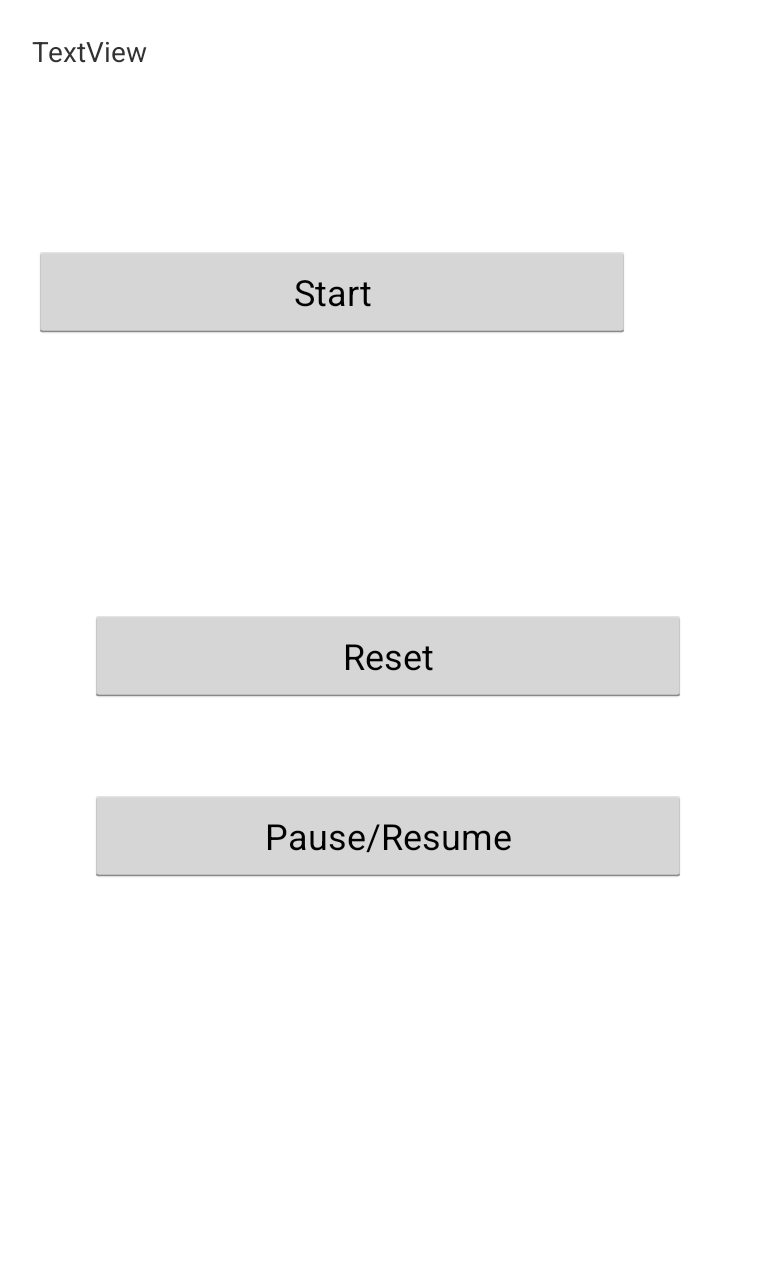
Repository: rjauquet/Android-ECE454
Layout: StopWatch/res/layout/activity_main.xml
An editor plug-in stored every save of this project. The layout is shown before and after the next save, followed by the edit.
It is drawn on a 768 x 1280 px phone screen (xhdpi) without system bars, with theme AppTheme; the app's code is not run.

Above is the layout before, as saved 2013-09-06 03:42:12.

After the next save:
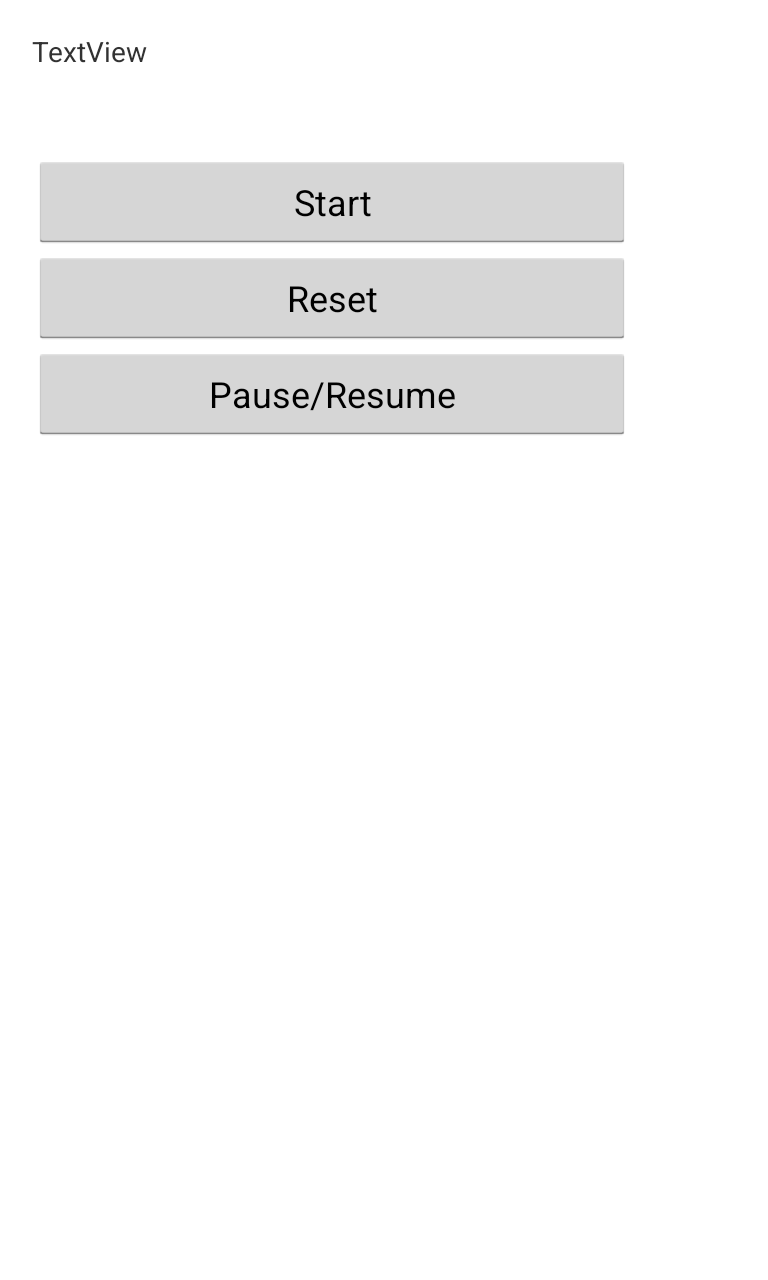
Saved 28 s later.
--- a/StopWatch/res/layout/activity_main.xml
+++ b/StopWatch/res/layout/activity_main.xml
@@ -16,30 +16,28 @@
         android:text="TextView" />
 
     <Button
+        android:id="@+id/start"
+        android:layout_width="300dp"
+        android:layout_height="wrap_content"
+        android:layout_alignLeft="@+id/timeView"
+        android:layout_below="@+id/timeView"
+        android:layout_marginTop="42dp"
+        android:text="Start" />
+
+    <Button
+        android:id="@+id/stop"
+        android:layout_width="300dp"
+        android:layout_height="wrap_content"
+        android:layout_alignLeft="@+id/timeView"
+        android:layout_below="@+id/start"
+        android:text="Reset" />
+
+    <Button
         android:id="@+id/pause"
         android:layout_width="300dp"
         android:layout_height="wrap_content"
         android:layout_alignLeft="@+id/timeView"
         android:layout_below="@+id/stop"
-        android:layout_marginLeft="28dp"
-        android:layout_marginTop="42dp"
         android:text="Pause/Resume" />
 
-    <Button
-        android:id="@+id/stop"
-        android:layout_width="300dp"
-        android:layout_height="wrap_content"
-        android:layout_alignLeft="@+id/pause"
-        android:layout_below="@+id/start"
-        android:layout_marginTop="134dp"
-        android:text="Reset" />
-
-    <Button
-        android:id="@+id/start"
-        android:layout_width="300dp"
-        android:layout_height="wrap_content"
-        android:layout_below="@+id/timeView"
-        android:layout_marginTop="87dp"
-        android:text="Start" />
-
 </RelativeLayout>
